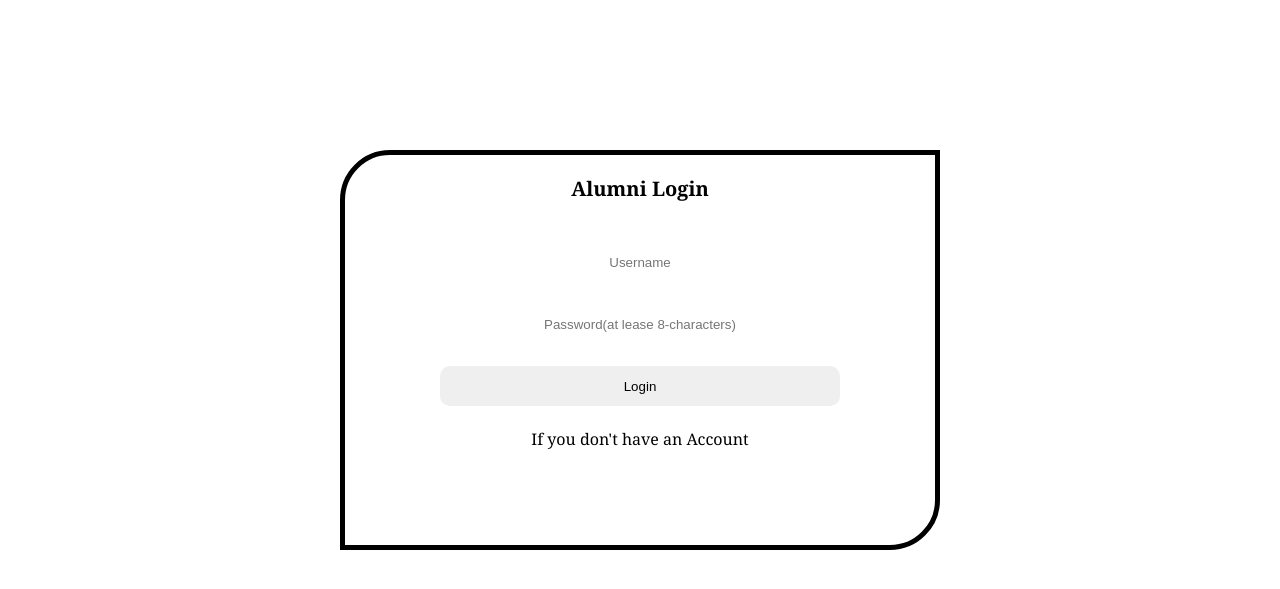
Repository: Shreyash1107/Web_Projects
Page: http://localhost/AlumnieventmanagementApplication/login.jsp
These files come from the project's save history. The page is drawn as it stood at one moment and after the next save; the edit follows.
The browser window is 1280 px wide. The pictures show the whole page.
The page is served by Tomcat 9. Nobody is signed in. The application's start-up code is not run. Other server files are loaded and not shown.

Above is the page before, as saved 2024-07-21 06:20:52.

### AlumnieventmanagementApplication/src/main/webapp/login.jsp
<%@ page language="java" contentType="text/html; charset=ISO-8859-1"
    pageEncoding="ISO-8859-1"%>
<!DOCTYPE html>
<html>
<head>
<meta charset="ISO-8859-1">
<title>Login Page</title>
<link rel='stylesheet' href='CSS/style.css'/>
</head>
<body>
	<center>
		<form>
			<div class='wrapper'>
			<h4>Alumni Login</h4>
					<div class='box'>
						<input type='text' name='Username' value='' placeholder='Username'/></br></br>
						<input type='password' name='Passowrd' value='' placeholder='Password(at lease 8-characters)'/></br></br>
						<input type='submit' name='sub' value='Login'/></br></br>
						If you don't have an Account<br><br>
						<div class='Register'>

						</div>
					</div>
			</div>
		</form>
	</center>
</body>
</html>

Loaded but not shown: AlumnieventmanagementApplication/src/main/webapp/CSS/style.css (common file)

After the next save:
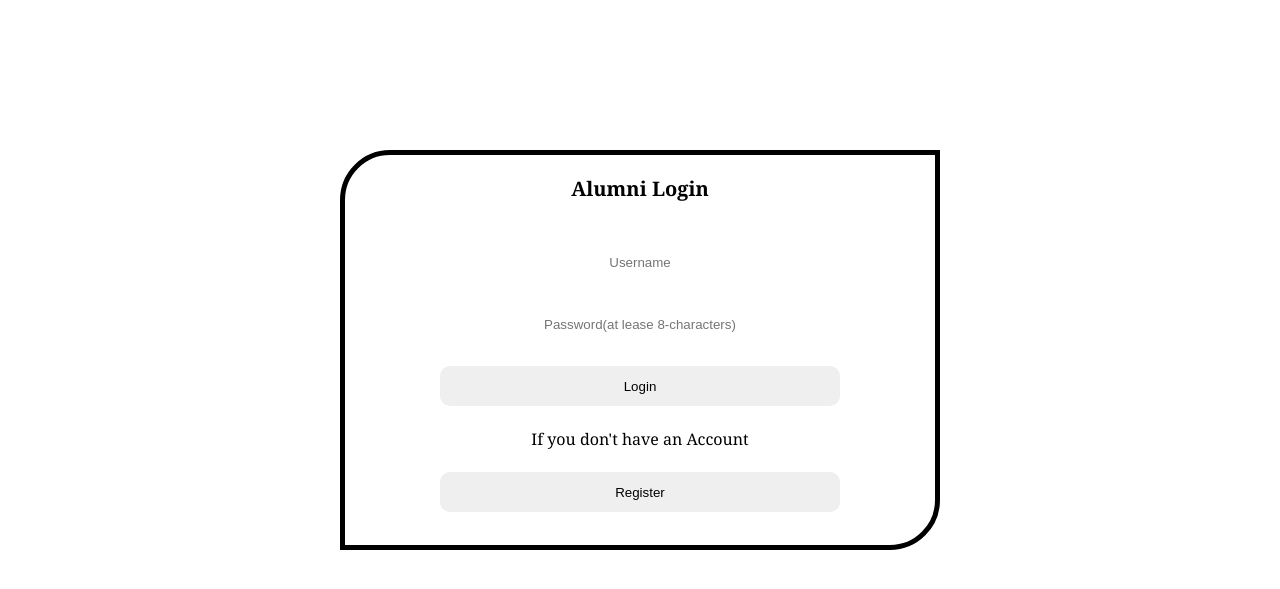
Saved 30 s later.
--- a/AlumnieventmanagementApplication/src/main/webapp/login.jsp
+++ b/AlumnieventmanagementApplication/src/main/webapp/login.jsp
@@ -18,7 +18,7 @@
 						<input type='submit' name='sub' value='Login'/></br></br>
 						If you don't have an Account<br><br>
 						<div class='Register'>
-
+						<input type='submit' name='reg' value='Register'/>
 						</div>
 					</div>
 			</div>

After the 2 saves that followed:
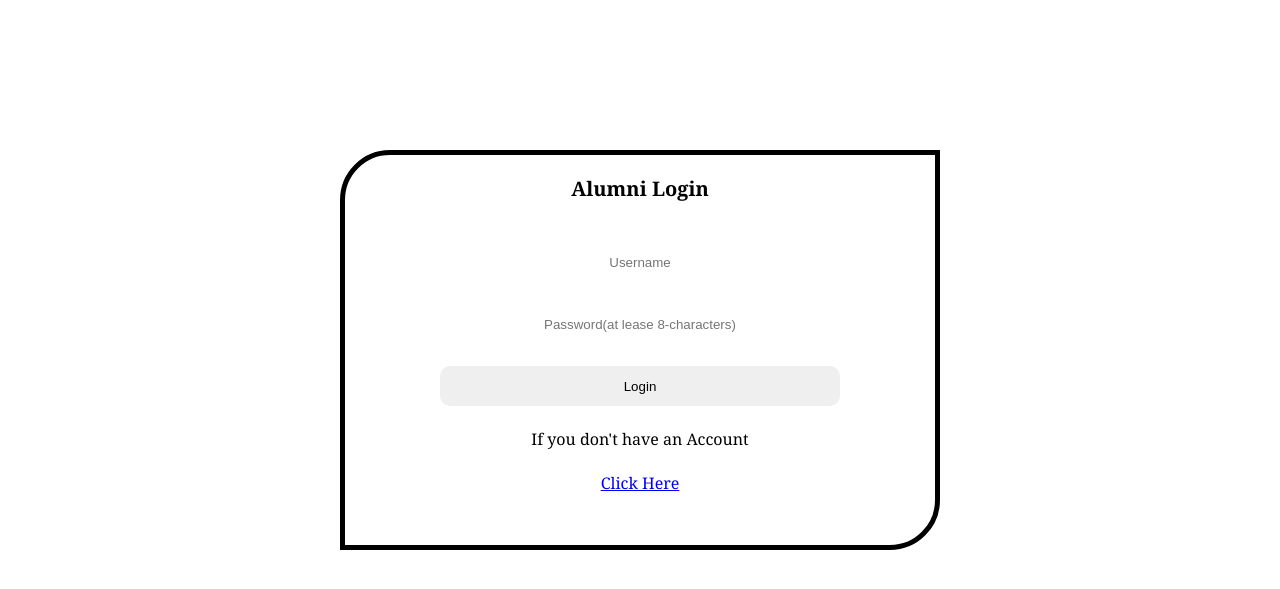
The 2 saves are shown as one change because they came seconds apart.
The last was saved 14 s later.
--- a/AlumnieventmanagementApplication/src/main/webapp/login.jsp
+++ b/AlumnieventmanagementApplication/src/main/webapp/login.jsp
@@ -18,7 +18,7 @@
 						<input type='submit' name='sub' value='Login'/></br></br>
 						If you don't have an Account<br><br>
 						<div class='Register'>
-						<input type='submit' name='reg' value='Register'/>
+						<a href='#'>Click Here</a>
 						</div>
 					</div>
 			</div>
